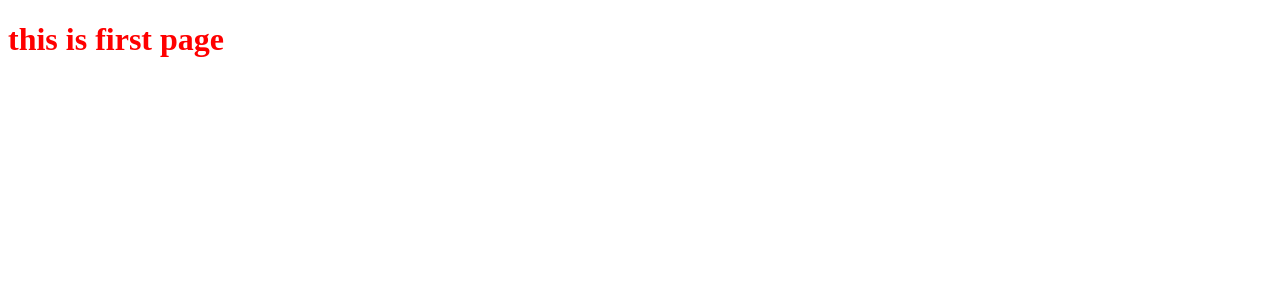
Repository: vkashsolanki/ORM-based-Java
Page: ECommerceProject/MyKart/src/main/webapp/index.html
These files come from the project's save history. The page is drawn as it stood at one moment and after the next save; the edit follows.
The browser window is 1280 px wide. The pictures show the whole page.

Above is the page before, as saved 2023-05-01 15:07:14.

### ECommerceProject/MyKart/src/main/webapp/index.html
<!DOCTYPE html>
<html>
<head>
<meta charset="ISO-8859-1">
<title>Home:Page</title>

</head>

<body>
<h1 class="container" text-primary id="hname" style ="color: red">this is first page</h1>
</body>
</html>

After the next save:
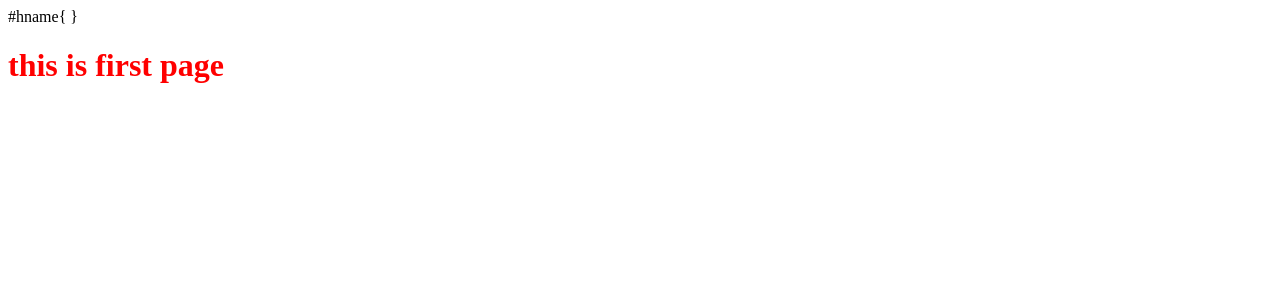
Saved 51 s later.
--- a/ECommerceProject/MyKart/src/main/webapp/index.html
+++ b/ECommerceProject/MyKart/src/main/webapp/index.html
@@ -1,6 +1,9 @@
 <!DOCTYPE html>
 <html>
 <head>
+#hname{
+
+}
 <meta charset="ISO-8859-1">
 <title>Home:Page</title>
 
